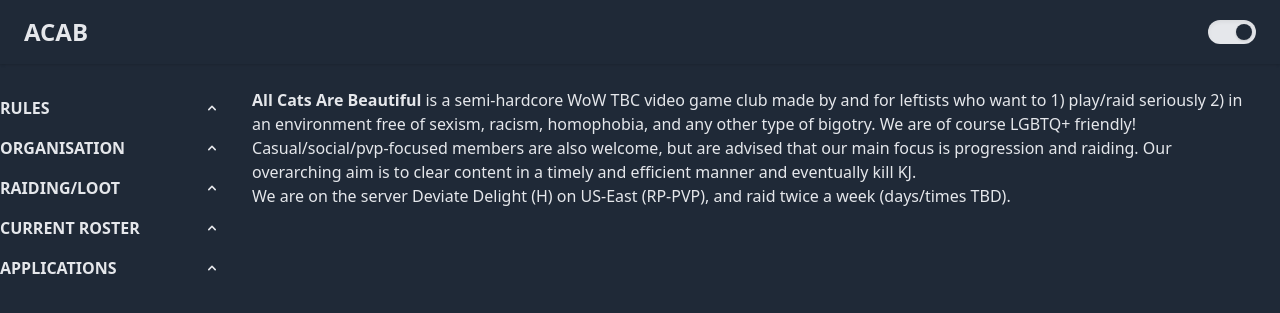
Repository: eaang/catguild_frontend
Page: /
An editor plug-in stored every save of this project. The page is shown before and after the next save, followed by the edit.
The browser window is 1280 px wide. The pictures show the whole page.
The project was rebuilt for these pictures with package versions that can differ from the ones it lists, and the page was loaded fresh each time. The framework's server and built-in components were replaced by stand-ins that run in the browser. Also part of the build but not shown: nuxt.config.js, components/ContentBox.vue, components/ContentEditor.vue, components/ImageBox.vue, components/SidebarItem.vue, components/SidebarSub.vue, components/TheFoooter.vue, components/icons/ChevronDown.vue and 20 more. Imported but missing from the stored project, and not drawn on this page: apollo/queries/categories/category.

Above is the page before, as saved 2021-04-02 19:54:04.

### components/SidebarMain.vue
<template>
  <div
    class="flex justify-between items-center cursor-pointer"
    @click="toggle = !toggle"
  >
    <div class="py-2 font-semibold uppercase">{{ title }}</div>
    <div class="px-2">
      <div v-if="toggle" class="h-4 w-4"><ChevronDown /></div>
      <div v-if="!toggle" class="h-4 w-4"><ChevronUp /></div>
    </div>
  </div>
</template>

<script>
export default {
  props: {
    title: {
      type: String,
      default: 'Category',
    },
  },
  data() {
    return {
      toggle: false,
    }
  },
}
</script>

### components/TheHeader.vue
<template>
  <div class="w-full h-16 flex items-center shadow">
    <div class="w-full p-6 flex justify-between items-center">
      <div class="left-side">
        <nuxt-link to="/"
          ><div class="text-2xl font-bold text-gray-800 dark:text-gray-200">
            ACAB
          </div></nuxt-link
        >
      </div>
      <div class="right-side">
        <div @click="changeTheme">
          <ToggleButton :is-active="thisTheme" />
        </div>
      </div>
    </div>
  </div>
</template>

<script>
export default {
  data() {
    return {
      thisTheme: false,
    }
  },
  methods: {
    changeTheme() {
      this.thisTheme = !this.thisTheme
      this.$nuxt.$emit('change-theme')
    },
  },
}
</script>

### components/TheSidebar.vue
<template>
  <div class="">
    <SidebarMain title="Rules" />
    <SidebarMain title="Organisation" />
    <SidebarMain title="Raiding/Loot" />
    <SidebarMain title="Current Roster" />
    <SidebarMain title="Applications" />
  </div>
</template>

<script>
export default {}
</script>

### components/ToggleButton.vue
<template>
  <div
    class="w-12 h-6 px-1 rounded-full grid justify-items-auto items-center shadow-inner transition duration-200"
    :class="{ 'bg-gray-800': currentStatus, 'bg-gray-200': !currentStatus }"
  >
    <transition name="left">
      <div
        v-if="currentStatus"
        class="bg-gray-200 w-4 h-4 rounded-full shadow justify-self-start shadow-"
      ></div>
    </transition>
    <transition name="right">
      <div
        v-if="!currentStatus"
        class="bg-gray-800 w-4 h-4 rounded-full shadow justify-self-end"
      ></div>
    </transition>
  </div>
</template>

<script>
export default {
  props: {
    isActive: {
      type: Boolean,
      default: false,
    },
  },
  computed: {
    currentStatus() {
      return this.isActive
    },
  },
}
</script>

<style scoped>
.left-enter-active,
.left-leave-enter {
  transform: translateX(0);
  transition: all 0.2s linear;
}
.left-enter,
.left-leave-to {
  transform: translateX(100%);
}
.right-enter-active,
.right-leave-enter {
  transform: translateX(0);
  transition: all 0.2s linear;
}
.right-enter,
.right-leave-to {
  transform: translateX(-100%);
}
</style>

### components/icons/ChevronUp.vue
<template>
  <svg
    xmlns="http://www.w3.org/2000/svg"
    viewBox="0 0 20 20"
    fill="currentColor"
  >
    <path
      fill-rule="evenodd"
      d="M14.707 12.707a1 1 0 01-1.414 0L10 9.414l-3.293 3.293a1 1 0 01-1.414-1.414l4-4a1 1 0 011.414 0l4 4a1 1 0 010 1.414z"
      clip-rule="evenodd"
    />
  </svg>
</template>

### layouts/default.vue
<template>
  <div :class="{ dark: darkTheme }">
    <div
      class="relative pt-16 h-screen theme bg-gray-200 text-gray-800 dark:bg-gray-800 dark:text-gray-200 transition duration-200"
    >
      <TheHeader class="absolute inset-x-0 top-0" />
      <div class="container h-full">
        <div class="flex h-full pt-6">
          <TheSidebar class="w-1/3 h-full" />
          <Nuxt class="h-full" />
        </div>
        <TheFooter />
      </div>
    </div>
  </div>
</template>

<script>
export default {
  data() {
    return {
      darkTheme: true,
    }
  },
  created() {
    this.$nuxt.$on('change-theme', () => {
      this.darkTheme = !this.darkTheme
    })
  },
}
</script>

### pages/index.vue
<template>
  <div class="px-6">
    <p>
      <strong> All Cats Are Beautiful </strong>
      is a semi-hardcore WoW TBC video game club made by and for leftists who
      want to 1) play/raid seriously 2) in an environment free of sexism,
      racism, homophobia, and any other type of bigotry. We are of course LGBTQ+
      friendly!
    </p>
    <p>
      Casual/social/pvp-focused members are also welcome, but are advised that
      our main focus is progression and raiding. Our overarching aim is to clear
      content in a timely and efficient manner and eventually kill KJ.
    </p>
    <p>
      We are on the server Deviate Delight (H) on US-East (RP-PVP), and raid
      twice a week (days/times TBD).
    </p>
  </div>
</template>

<script>
export default {}
</script>

### tailwind.config.js
module.exports = {
  purge: [
    './components/**/*.{vue,js}',
    './layouts/**/*.vue',
    './pages/**/*.vue',
    './plugins/**/*.{js,ts}',
    './nuxt.config.{js,ts}',
  ],
  darkMode: 'class', // or 'media' or 'class'
  theme: {
    container: {
      center: true,
    },
    extend: {},
  },
  variants: {
    extend: {},
  },
  plugins: [],
}

Loaded but not shown: assets/css/tailwind.css (common file); components/TheFooter.vue (common file)

After the next save:
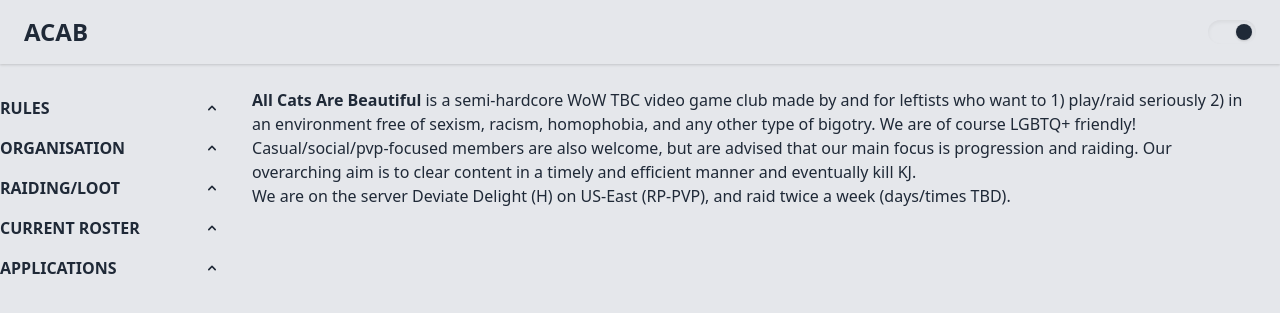
Saved 13 s later.
--- a/layouts/default.vue
+++ b/layouts/default.vue
@@ -19,7 +19,7 @@
 export default {
   data() {
     return {
-      darkTheme: true,
+      darkTheme: false,
     }
   },
   created() {
